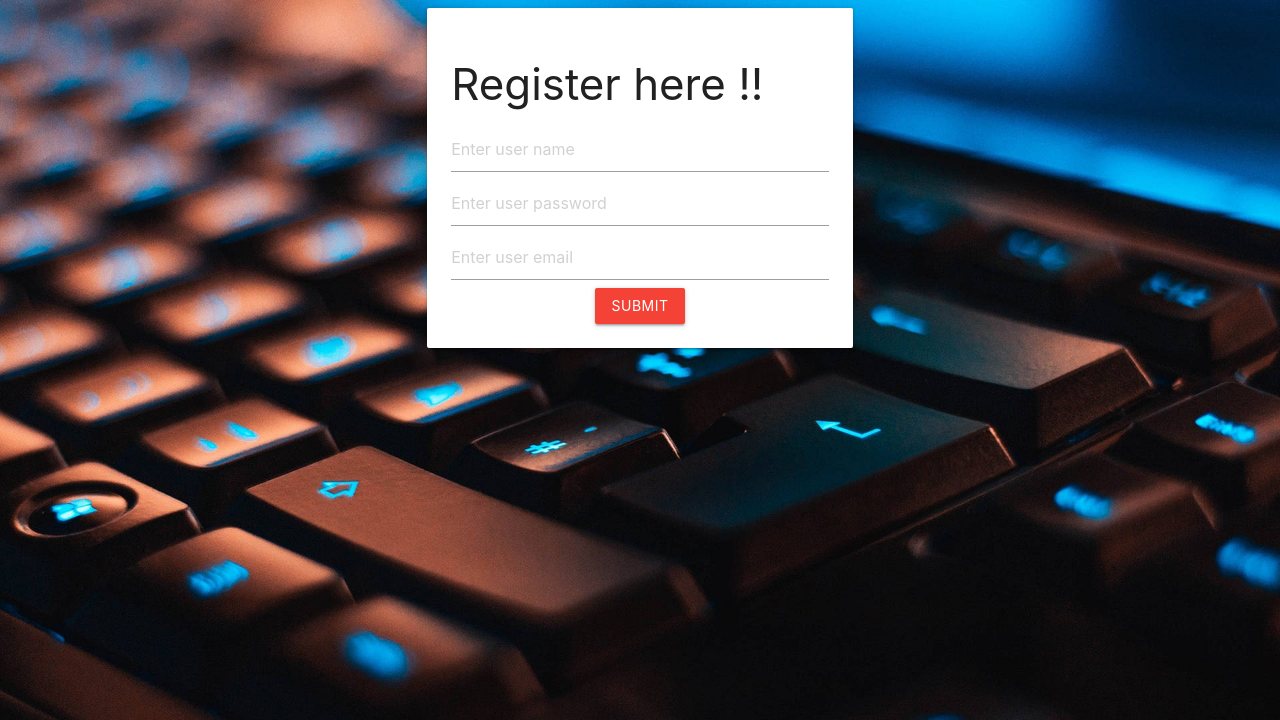
Repository: ShaileshMishr/Javanew
Page: http://localhost/Register/signup.jsp
These files come from the project's save history. The page is drawn as it stood at one moment and after the next save; the edit follows.
The browser window is 1280 px wide. The pictures show the whole page.
The page is served by Tomcat 10.

Above is the page before, as saved 2023-10-11 21:36:55.

After the next save:
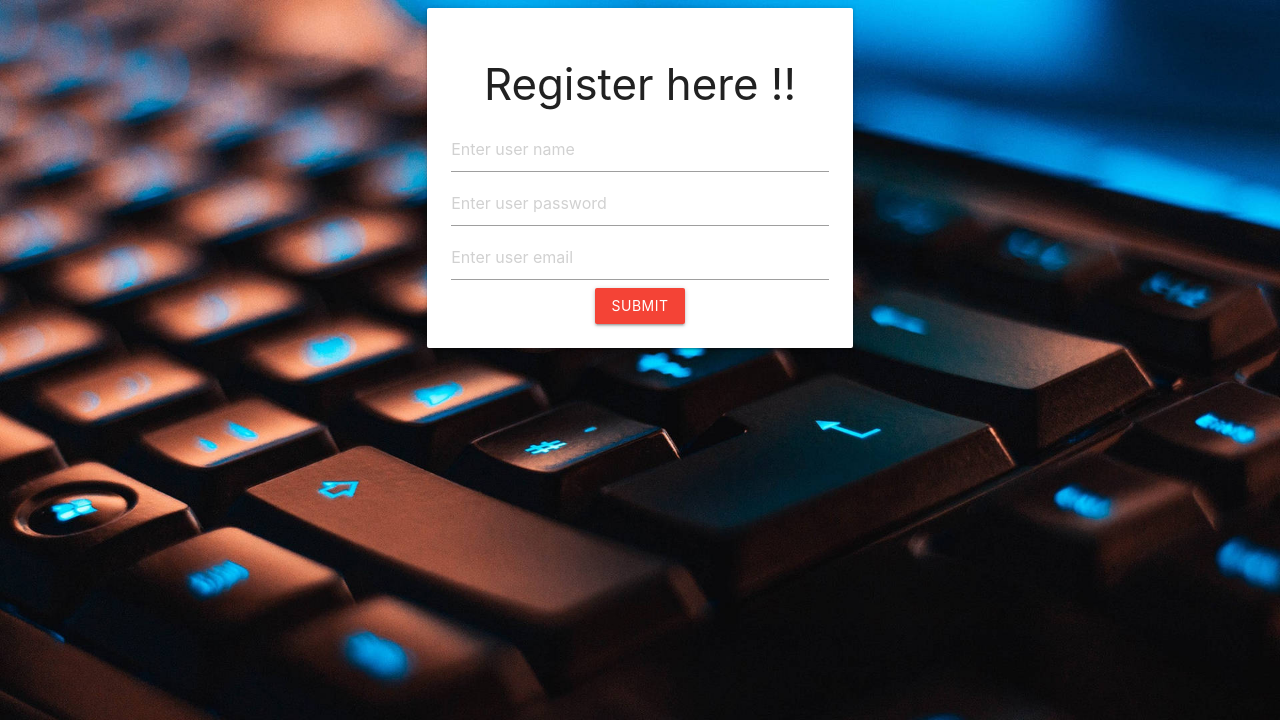
Saved 91 s later.
--- a/Register/src/main/webapp/signup.jsp
+++ b/Register/src/main/webapp/signup.jsp
@@ -20,7 +20,7 @@
 <div class="col m6 offset-m3">
 <div class="card">
 <div class="card-content">
-<h3>Register here !!</h3>
+<h3 style="margin-top;" class="center-align">Register here !!</h3>
 <div class="form center-align">
 <!--  creating form -->
 
